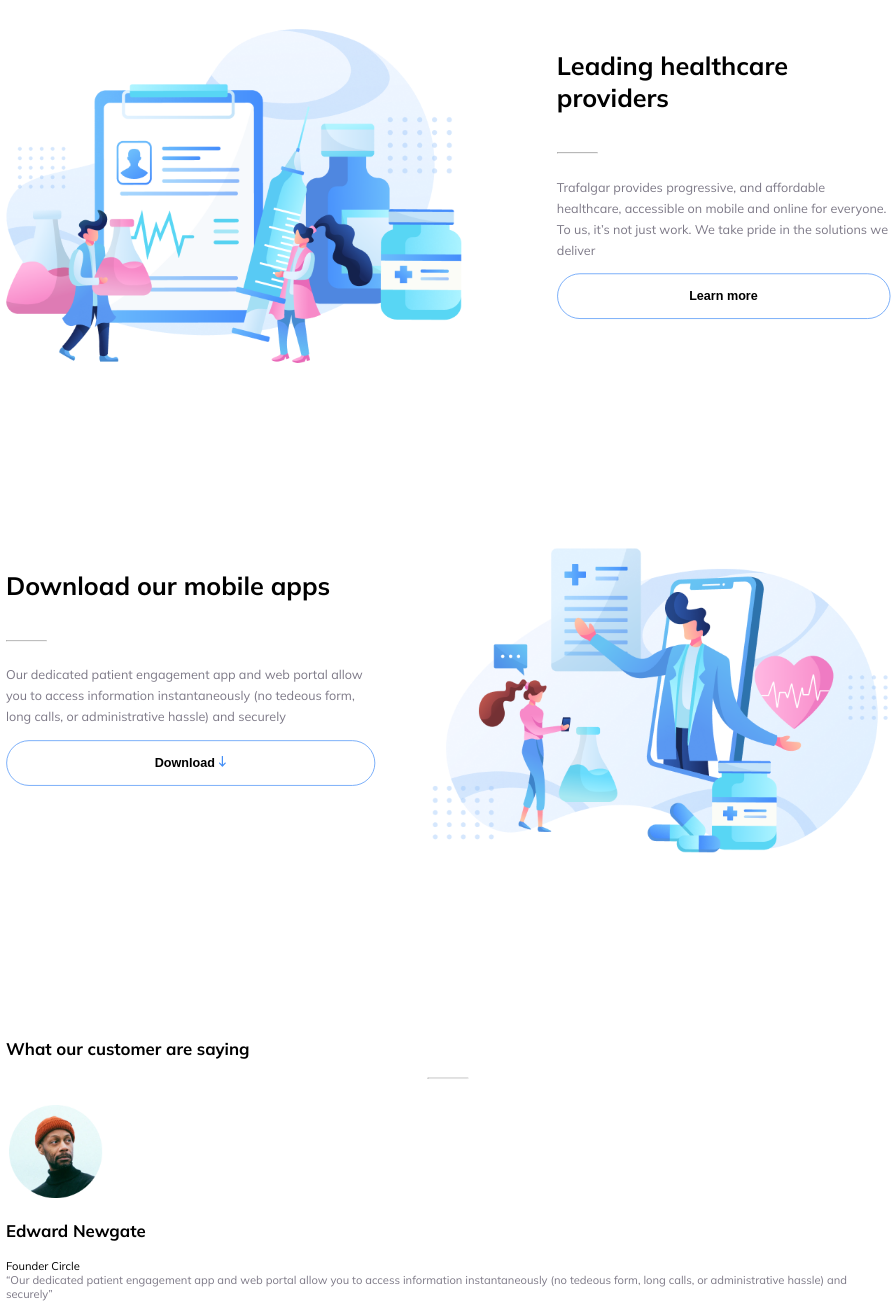
Repository: ivan-developer-01/trafalgar-layout
Page: index.html
The author's editor kept a copy of each file at every save. The page is drawn from the files as they stood at one save, then again after a run of saves.
The browser window is 1280 px wide. The pictures show the part of the page from y = 2162 to 4082 px (the page is 4035 px tall before and 4082 px after), at 70% of full size.

Above is the page before, as saved 2024-11-08 15:20:52.

After the next 2 saves:
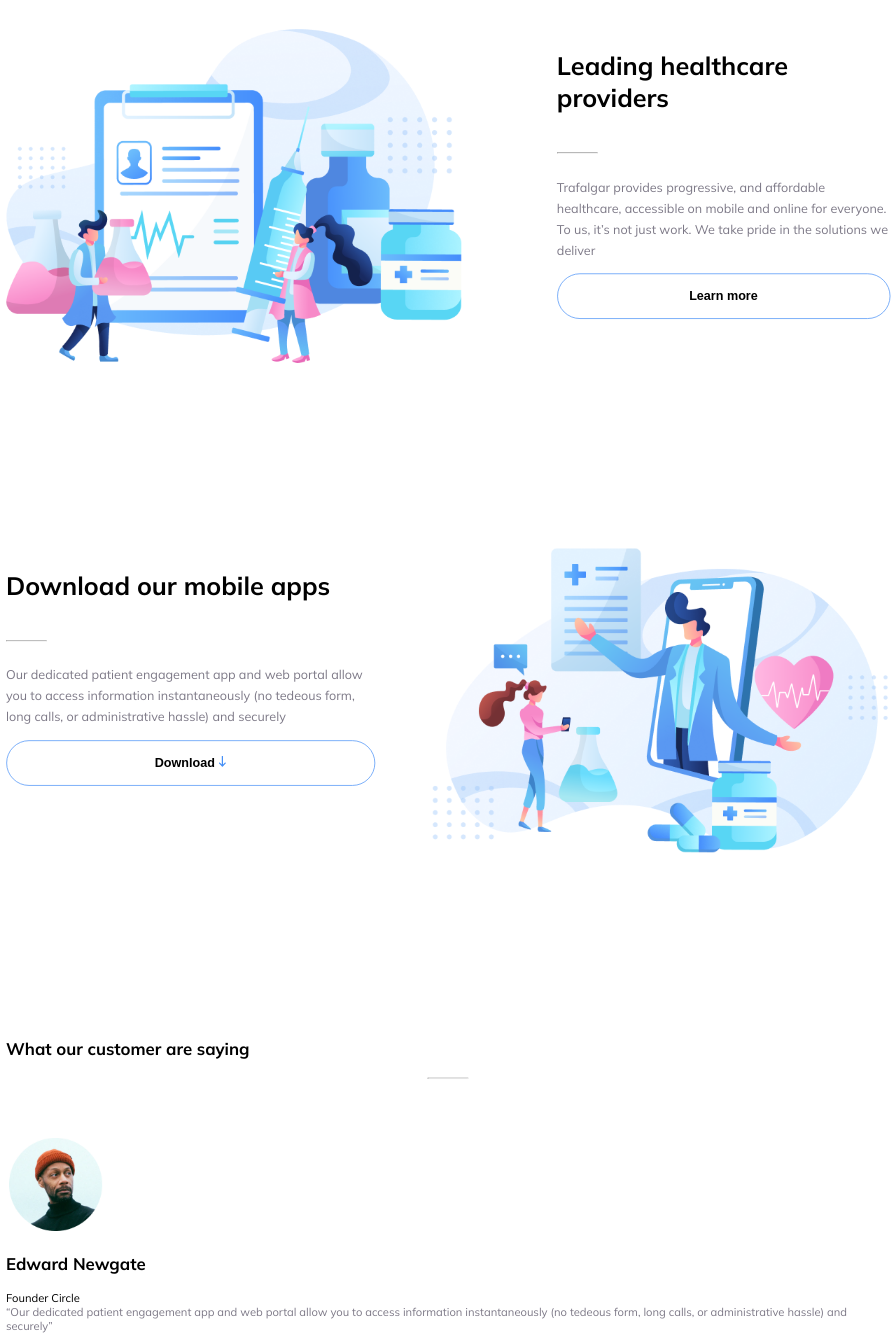
The 2 saves are shown as one change because they came seconds apart.
The last was saved 13 s later.
--- a/style.css
+++ b/style.css
@@ -232,5 +232,10 @@ p {
 	margin-top: 266px;
 }
 
-.revie
+.review-slider {
+	display: flex;
+	justify-content: center;
+	gap: 30px;
+	margin-top: 80px;
+}
 /* /reviews */
